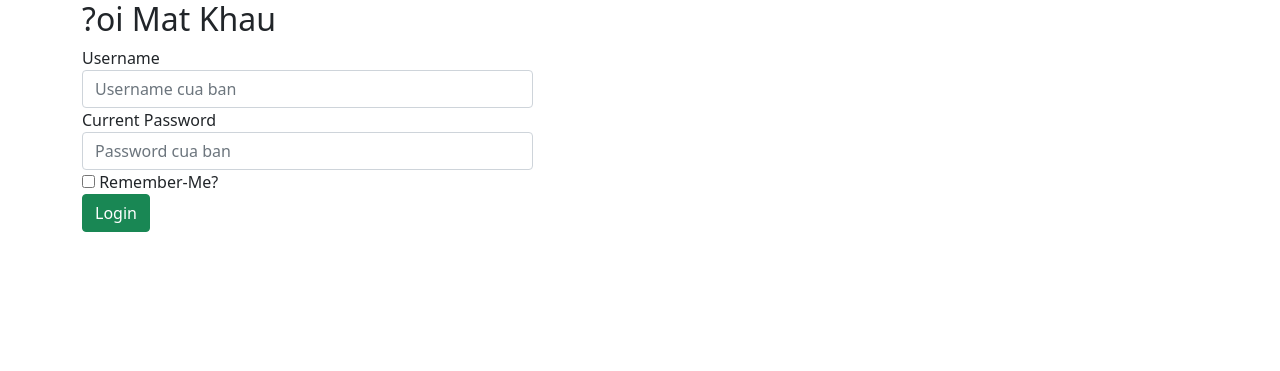
Repository: kiennd3921/AssJava4
Page: http://localhost/Assignment/view/auth/DoiMatKhau.jsp
An editor plug-in stored every save of this project. The page is shown before and after the next save, followed by the edit.
The browser window is 1280 px wide. The pictures show the whole page.
The page is served by Tomcat 9.

Above is the page before, as saved 2021-04-15 15:06:42.

After the next save:
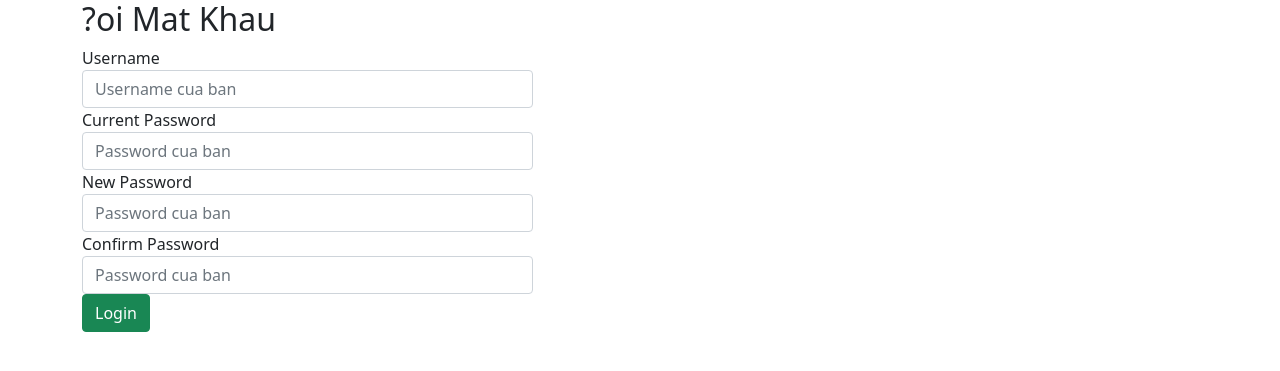
Saved 67 s later.
--- a/PT15307-UD/Assignment/WebContent/view/auth/DoiMatKhau.jsp
+++ b/PT15307-UD/Assignment/WebContent/view/auth/DoiMatKhau.jsp
@@ -31,7 +31,14 @@
 							name="">
 					</div>
 					<div class="form-group">
-						<input type="checkbox" required name=""> <label>Remember-Me?</label>
+						<label>New Password</label> <input type="password"
+							class="form-control" placeholder="Password cua ban" required
+							name="">
+					</div>
+					<div class="form-group">
+						<label>Confirm Password</label> <input type="password"
+							class="form-control" placeholder="Password cua ban" required
+							name="">
 					</div>
 					<div class="form-group">
 						<button class="btn btn-success" type="submit">Login</button>
